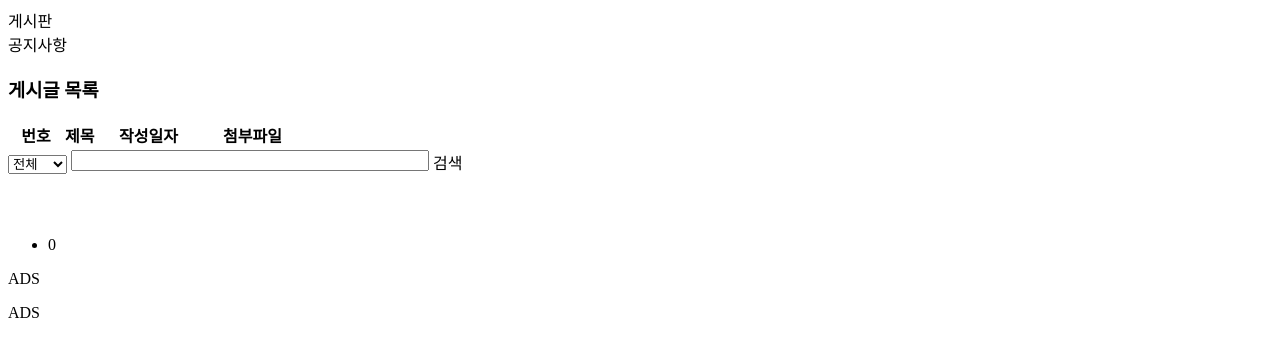
Repository: letzbegin/Study
Page: http://localhost/portfolio/WEB-INF/views/board/list.jsp
The author's editor kept a copy of each file at every save. The page is drawn from the files as they stood at one save, then again after the next save.
The browser window is 1280 px wide. The pictures show the whole page.
The page is served by Tomcat 9. Nobody is signed in. The template is opened directly, without the code that normally fills it, so the values that code supplies are empty.

Above is the page before, as saved 2018-10-15 06:02:41.

After the next save:
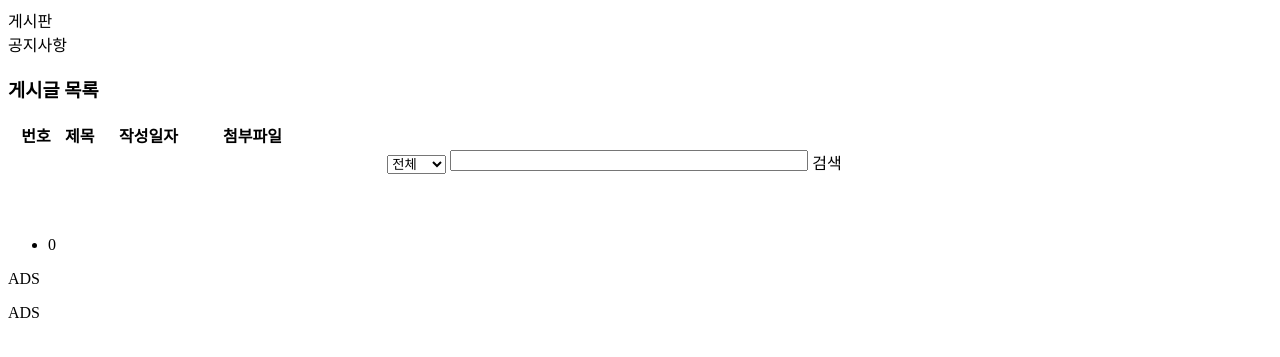
Saved 44 s later.
--- a/pol/portfolio/src/main/webapp/WEB-INF/views/board/list.jsp
+++ b/pol/portfolio/src/main/webapp/WEB-INF/views/board/list.jsp
@@ -43,7 +43,7 @@
 					</c:forEach>
 				</table>
 
-				<span style="float: left;">
+				<span style="float: left; margin-left: 30%">
 						 <select name="search">
 								<option ${page.search eq 'all' ? 'selected' : '' } value="all">전체</option>
 								<option ${page.search eq 'title' ? 'selected' : '' }
